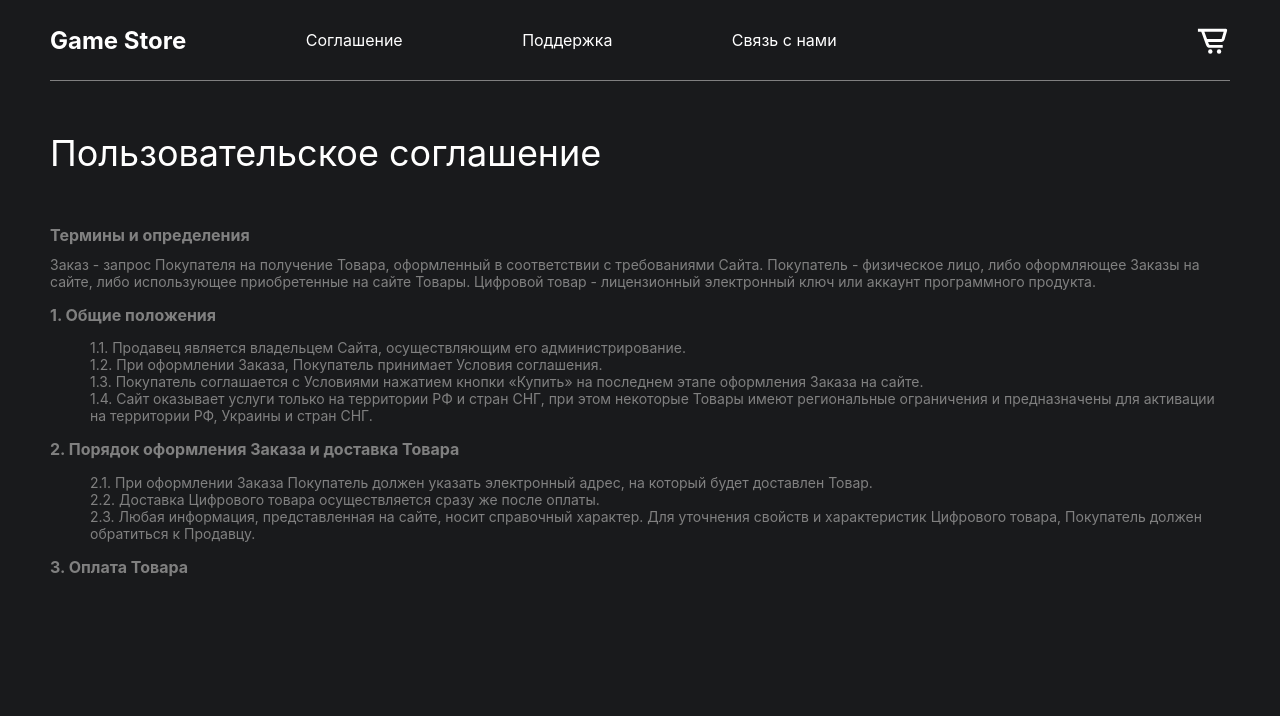
Repository: Minkeani/GameStore
Page: /agreement
The author's editor kept a copy of each file at every save. The page is drawn from the files as they stood at one save, then again after the next save.
The browser window is 1280 px wide. The pictures show the whole page.
The project was rebuilt for these pictures with package versions that can differ from the ones it lists, and the page was loaded fresh each time. Also part of the build but not shown: src/components/ItemsInCart/ItemsInCart.css, src/components/ItemsInCart/ItemsInCart.jsx, src/components/CartMenu/CartMenu.css, src/components/Btn/Btn.css, src/components/Btn/Btn.jsx, src/components/CartItem/CartItem.css, src/components/CartItem/CartItem.jsx, src/components/utils/utils.js and 17 more.

Above is the page before, as saved 2022-09-11 10:45:30.

After the next save:
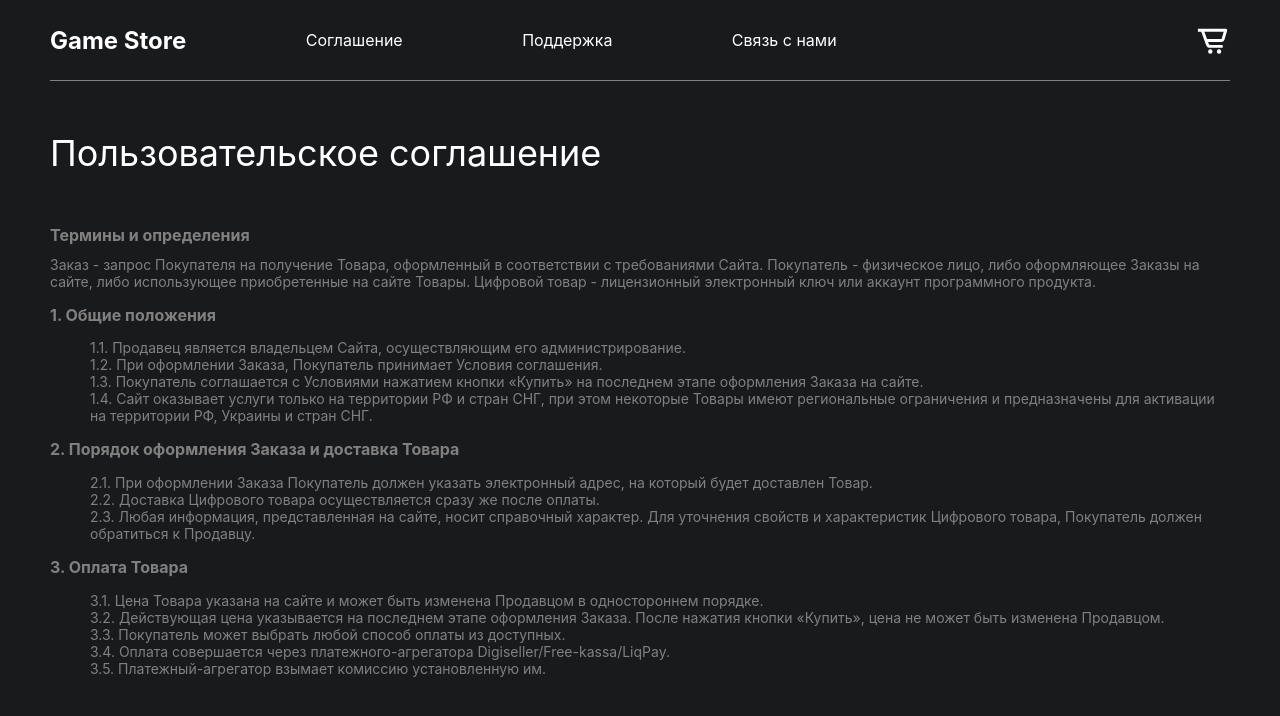
Saved 74 s later.
--- a/src/components/Agreement/Agreement.jsx
+++ b/src/components/Agreement/Agreement.jsx
@@ -56,6 +56,23 @@ const Agreement = () => {
         </ul>
       </P>
       <Title>3. Оплата Товара</Title>
+      <P><ul className="list">
+            <li>3.1. Цена Товара указана на сайте и может быть изменена Продавцом в одностороннем порядке.
+
+</li>
+<li>3.2. Действующая цена указывается на последнем этапе оформления Заказа. После нажатия кнопки «Купить», цена не может быть изменена Продавцом.
+
+</li>
+<li>3.3. Покупатель может выбрать любой способ оплаты из доступных.
+
+</li>
+<li>3.4. Оплата совершается через платежного-агрегатора Digiseller/Free-kassa/LiqPay.
+
+</li>
+<li>3.5. Платежный-агрегатор взымает комиссию установленную им.
+
+</li>
+        </ul></P>
     </div>
   );
 };
